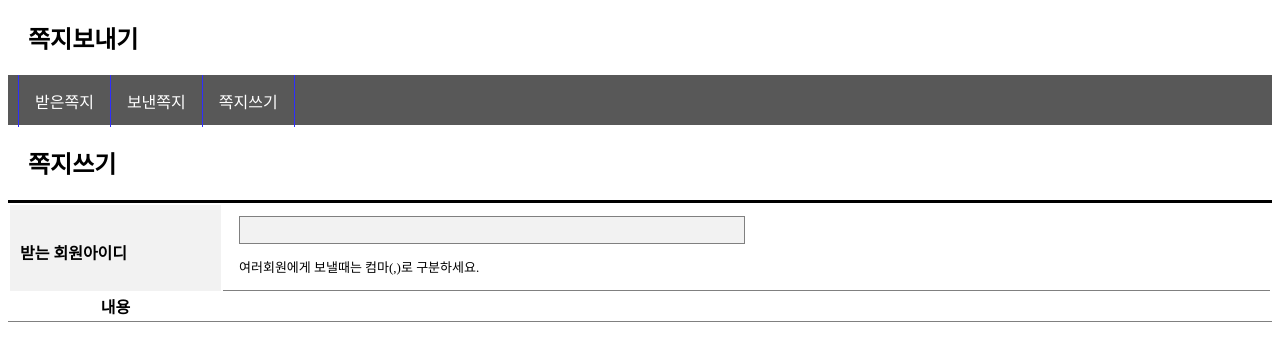
Repository: ks12b0000/JSP-School-Class
Page: chap10_JSP/src/main/webapp/Test/sendMessage.html
An editor plug-in stored every save of this project. The page is shown before and after the next save, followed by the edit.
The browser window is 1280 px wide. The pictures show the whole page.

Above is the page before, as saved 2022-06-04 11:21:28.

### chap10_JSP/src/main/webapp/Test/sendMessage.html
<!DOCTYPE html>
<html>
<head>
	<meta charset="UTF-8">
	<meta name="viewport" content="width=device-width, initial-scale=1.0">
	<title>쪽지쓰기</title>
	<link rel="stylesheet" href="loginWrite.css" />
</head>
<body>
	<h2>쪽지보내기</h2>
	<div class="menu1">
		<ul>
			<li><a href="#" id="a1">받은쪽지</a></li>
			<li><a href="#">보낸쪽지</a></li>
			<li><a href="#">쪽지쓰기</a></li>
		</ul>
	</div>
	<h2>쪽지쓰기</h2>
	<table class="Profile3">
		<tr>
			<th id="id12"><strong>받는 회원아이디</strong></th>
			<td><input type="text" /><br/><p>여러회원에게 보낼때는 컴마(,)로 구분하세요.</p></td>
		</tr>
		<tr>
			<th><strong>내용</strong></th>
		</tr>
	</table>
</body>
</html>

### chap10_JSP/src/main/webapp/Test/loginWrite.css
@charset "UTF-8";
	body h2 {
		margin-left: 20px;
	}
	.login1 {
		width: 500px;
		border: 1px solid gray;
		margin: 40px;
		padding: 40px;

	}
	.login1 #id {
		width: 400px;

		padding: 4px;
	}
	.login1 #id input {

		margin-left: 30px;
	}
	.login1 #pw {

		padding: 4px;
	}
	.login1 #pw input {

		margin-left: 52px;
	}
	.login1 #login_Bt {
		text-align: right;
		margin-top: -50px;
		margin-right: 120px;
	}
	.login1 #login_Bt input {
		margin-left: 5px;
		padding: 12px;
		border: 1px solid white;
		background-color: #A5DF00;
		color: white;
	}
	.login1 #login_Ck {
		margin-top: 10px;
	}
	.login2 {
		border: 1px solid gray;
		font-size: 13px;
		background-color: #F2F2F2;
		width: 500px;
		margin: 40px;
		padding: 40px;
		margin-top: -50px;

	}
	.login2 h3 {
		margin-top: -20px;
		margin-left: -30px;
	}
	.login2 p {
		margin-top: -20px;
		margin-left: -30px;
	}
	.login2 form {
		margin-top: 10px;
		margin-left: 250px;

	}
	.login2 #idpw_bt {
		border: 1px solid white;
		background-color: #A5DF00;
		color: white;
	}
	.login2 #signup {
		border: 1px solid #BFFF00;
		background-color: white;
		color: #80FF00;
	}
	body #mainback {
		margin-left: 220px;
		text-decoration: none;
		color: black;
	}
	body #em2 {
		border-top: 1px solid gray;
		margin-left: 20px;
		padding-top: 15px;
	}
	#email1 {
		margin-left: 20px;
		font-size: 19px;
	}
	#email1 input {
		width: 500px;
		height: 30px;
	}
	.button {
		margin-top: 40px;
		margin-left: 250px;
	}
	.button #Confirm {
		margin-left: 5px;
		padding: 12px;
		width: 150px;
		border: 1px solid white;
		background-color: #A5DF00;
		color: white;
	}
	.button #close {
		margin-left: 5px;
		padding: 12px;
		width: 100px;
		border: 1px solid white;
		background-color: #0B3B39;
		color: white;
	}
	body #tm2 {
		color: red;
		text-align: center;
	}
	body #tm3,#tm5 {
		text-align: center;
	}
	body #tm4,#tm6 {
		border: 1px solid black;
		width: 1300px;
		height: 300px;
		background-color: #D8D8D8;
		margin-left: 10px;
	}
	#terms_Ck,#terms_Ck2 {
		text-align: right;
	}
	#signup3 {
		text-align: center;
	}
	#signup3 input {
		margin-left: 5px;
		padding: 12px;
		border: 1px solid white;
		background-color: #A5DF00;
		color: white;
	}
	.button3 {
		text-align: right;
		margin-top: -50px;
		margin-right: 10px;
	}
	.button3 #notebox {
		border: 1px solid #BFFF00;
		background-color: white;
		color: #80FF00;
		padding: 6px;
	}
	.button3 #Revise {
		border: 1px solid #BFFF00;
		background-color: white;
		color: #80FF00;
		padding: 6px;
	}
	.button3 #secession {
		border: 1px solid white;
		background-color: #A5DF00;
		color: white;
		padding: 6px;
	}
	.Profile {
		border: 1px solid gray;
		border-collapse: collapse;
		margin-top: 15px;
		width: 100%;
		height: 150px;
		background-color: #FAFAFA;
	}
	.Profile th,td {
		border-bottom: 1px solid gray;
	}
	.Profile2 {
		border-top: 3px solid black;
		width: 100%;
		background-color: #F2F2F2;
		height: 50px;
		border-bottom: 1px solid gray;
		margin-top: 20px;
	}
	#hh3 {
		margin-left: 10px;
	}
	.Contents {
		text-align: center;
		margin-top: 100px;
		border-bottom: 1px solid gray;
		height: 100px;
	}
	.menu1 ul {
		background-color: #585858;
		height: 50px;
		margin: 0;
		padding: 0;
		list-style: none;

	}
	.menu1 li {
		float: left;
		border-right: 1px solid #2E2EFE;
	}
	.menu1 li a {
		padding-left: 10px;
		color: white;
		text-decoration: none;
		display: block;
		text-align: center;
		padding: 14px 16px;
	}
	.menu1 #a1 {
		border-left: 1px solid #2E2EFE;
		margin-left: 10px;
	}
	.guide {
		text-align: left;
	}
	.button2 {
		text-align: center;
	}
	.button2 #close2 {
		text-align: center;
		padding: 10px;
		width: 80px;
		border: 1px solid white;
		background-color: #0B4C5F;
		color: white;
	}
	.Profile3 {
		border-top: 3px solid black;
		width: 100%;
		height: 50px;
		border-bottom: 1px solid gray;
		margin-top: 20px;
	}
	.Profile3 #id12 {
		margin-top: 20px;
		padding-left:10px;
		padding-top: 10px;
		text-align: left;
		width: 200px;
		background-color: #F2F2F2;
		height: 60px;
	}
	.Profile3 input {
		background-color: #F2F2F2;
		margin-left: 15px;
		margin-top: 10px;
		padding-top: 10px;
		border: 1px solid gray;
		width: 500px;
	}
	.Profile3 p {
		font-size: 13px;
		margin-left: 15px;

	}

After the next save:
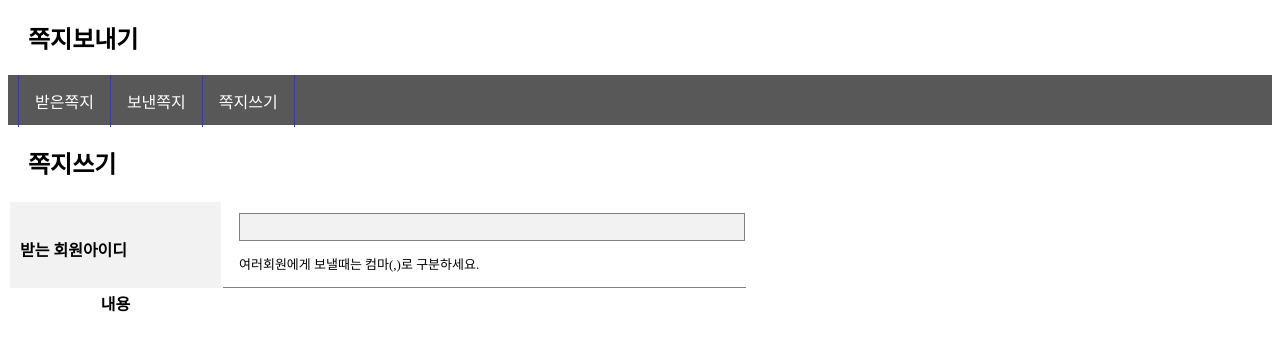
Saved 16 s later.
--- a/chap10_JSP/src/main/webapp/Test/sendMessage.html
+++ b/chap10_JSP/src/main/webapp/Test/sendMessage.html
@@ -16,8 +16,8 @@
 		</ul>
 	</div>
 	<h2>쪽지쓰기</h2>
-	<table class="Profile3">
-		<tr>
+	<table>
+		<tr class="Profile3">
 			<th id="id12"><strong>받는 회원아이디</strong></th>
 			<td><input type="text" /><br/><p>여러회원에게 보낼때는 컴마(,)로 구분하세요.</p></td>
 		</tr>
